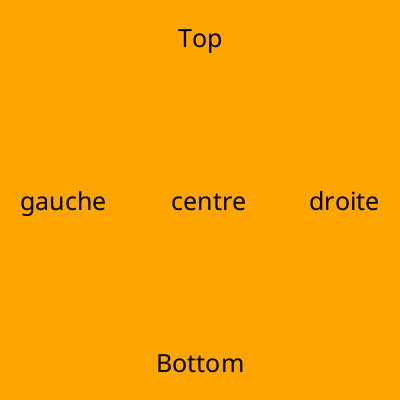
Repository: guehel/Workspace
Program's window: java HelloWorldJavaFx/src/application/Main.java
These files come from the project's save history. The program's window is drawn as it stood at one moment and after the next save; the edit follows.
It runs on Java 21 on a 1366 x 768 screen with JavaFX 11; the title bar is not drawn.

Above is the program's window before, as saved 2014-09-25 20:01:49.

### HelloWorldJavaFx/src/application/Main.java
package application;

import java.awt.Button;

import com.sun.javafx.geom.transform.BaseTransform;
import com.sun.javafx.jmx.MXNodeAlgorithm;
import com.sun.javafx.jmx.MXNodeAlgorithmContext;
import com.sun.javafx.sg.prism.NGNode;

import javafx.application.Application;
import javafx.geometry.Pos;
import javafx.stage.Stage;
import javafx.scene.Node;
import javafx.scene.Scene;
import javafx.scene.layout.BorderPane;
import javafx.scene.layout.HBox;
import javafx.scene.text.Text;


public class Main extends Application {
	@Override
	public void start(Stage primaryStage) {
		try {

			HBox hBox = new HBox();
//			hBox.getChildren().add(new Button());
			BorderPane root = new BorderPane();
			Button text = new Button("centre");

			root.setCenter(new Text("centre"));

			root.setTop(new Text("Top"));
			root.setLeft(new Text("gauche"));
			root.setRight(new Text("droite"));
			root.setBottom(new Text("Bottom"));
			root.getCenter().setStyle("-fx-text-color:blue;");
			BorderPane.setAlignment(root.getCenter(), Pos.CENTER);
			BorderPane.setAlignment(root.getTop(), Pos.CENTER);
			BorderPane.setAlignment(root.getBottom(), Pos.CENTER);
			BorderPane.setAlignment(root.getLeft(), Pos.CENTER);
			BorderPane.setAlignment(root.getRight(), Pos.CENTER);
			Scene scene = new Scene(root, 400, 400);
			scene.getStylesheets().add(getClass().getResource("application.css").toExternalForm());
			primaryStage.setScene(scene);
			primaryStage.show();
		} catch(Exception e) {
			e.printStackTrace();
		}
	}

	public static void main(String[] args) {
		launch(args);
	}
}

### HelloWorldJavaFx/src/application/application.css
.root{
	-fx-background-color:orange;
	-fx-font-size:25px;
	/*;*/
	-fx-padding: 20px;


}

After the next save:
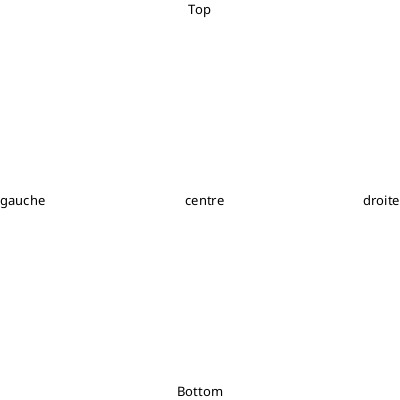
Saved 2 min 1 s later.
--- a/HelloWorldJavaFx/src/application/Main.java
+++ b/HelloWorldJavaFx/src/application/Main.java
@@ -1,19 +1,10 @@
 package application;
-
-import java.awt.Button;
-
-import com.sun.javafx.geom.transform.BaseTransform;
-import com.sun.javafx.jmx.MXNodeAlgorithm;
-import com.sun.javafx.jmx.MXNodeAlgorithmContext;
-import com.sun.javafx.sg.prism.NGNode;
 
 import javafx.application.Application;
 import javafx.geometry.Pos;
 import javafx.stage.Stage;
-import javafx.scene.Node;
 import javafx.scene.Scene;
 import javafx.scene.layout.BorderPane;
-import javafx.scene.layout.HBox;
 import javafx.scene.text.Text;
 
 
@@ -21,26 +12,21 @@
 	@Override
 	public void start(Stage primaryStage) {
 		try {
+			BorderPane root = new BorderPane();
+			Text text = new Text("centre");
 
-			HBox hBox = new HBox();
-//			hBox.getChildren().add(new Button());
-			BorderPane root = new BorderPane();
-			Button text = new Button("centre");
-
-			root.setCenter(new Text("centre"));
+			root.setCenter(text);
 
 			root.setTop(new Text("Top"));
 			root.setLeft(new Text("gauche"));
 			root.setRight(new Text("droite"));
 			root.setBottom(new Text("Bottom"));
-			root.getCenter().setStyle("-fx-text-color:blue;");
 			BorderPane.setAlignment(root.getCenter(), Pos.CENTER);
 			BorderPane.setAlignment(root.getTop(), Pos.CENTER);
 			BorderPane.setAlignment(root.getBottom(), Pos.CENTER);
 			BorderPane.setAlignment(root.getLeft(), Pos.CENTER);
 			BorderPane.setAlignment(root.getRight(), Pos.CENTER);
 			Scene scene = new Scene(root, 400, 400);
-			scene.getStylesheets().add(getClass().getResource("application.css").toExternalForm());
 			primaryStage.setScene(scene);
 			primaryStage.show();
 		} catch(Exception e) {
